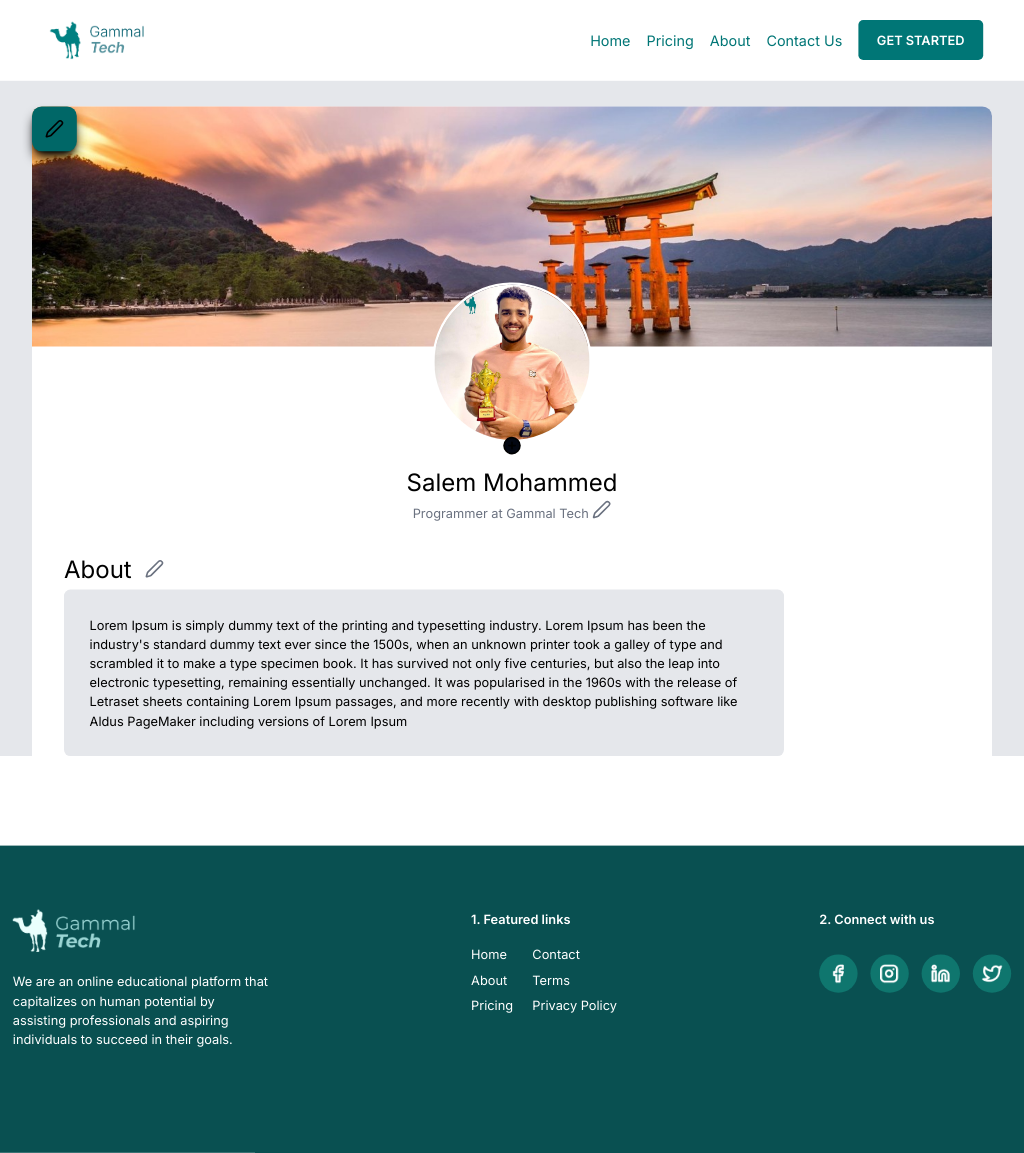
Repository: Ahmed77669/Internship-test
Page: /profile
The author's editor kept a copy of each file at every save. The page is drawn from the files as they stood at one save, then again after the next save.
The browser window is 1280 px wide. The pictures show the whole page, at 80% of full size.
The page's requests for data from a server got no answer. The project was rebuilt for these pictures with package versions that can differ from the ones it lists, and the page was loaded fresh each time. The framework's server and built-in components were replaced by stand-ins that run in the browser. No one was signed in, and anything a server would have sent is missing. Also part of the build but not shown: next.config.mjs, components/Header/NavBarAuth.tsx.

Above is the page before, as saved 2024-10-25 14:38:32.

### app/layout.tsx
import type { Metadata } from "next";
import localFont from "next/font/local";
import "@/app/styles/globals.css";
import NavBarHome from "@/components/Header/Navbar";
import NavBarAuth from "@/components/Header/NavBarAuth";
import { Inter } from "next/font/google";
import Footer from "@/components/Footer/Footer";
import { cookies } from "next/headers";

const inter = Inter({
  subsets: ["latin"],
});
const geistSans = localFont({
  src: "./fonts/GeistVF.woff",
  variable: "--font-geist-sans",
  weight: "100 900",
});
const geistMono = localFont({
  src: "./fonts/GeistMonoVF.woff",
  variable: "--font-geist-mono",
  weight: "100 900",
});

export const metadata: Metadata = {
  title: "Gammal Tech Exam",
  description: "Generated by create next app",
};

export default function RootLayout({
  children,
}: Readonly<{
  children: React.ReactNode;
}>) {
  const cookieStore = cookies();
  const isAuthenticated = cookieStore.get("isAuthenticated")?.value === "true";
  return (
    <html lang="en">
      <body
        className={`${geistSans.variable} ${geistMono.variable} antialiased ${inter.className}`}
      >
        {isAuthenticated ? <NavBarAuth /> : <NavBarHome />}
        {children}
        <Footer />
      </body>
    </html>
  );
}

### app/profile/page.tsx
import React from 'react'
import Profile from '@/components/Profile/Profile'
const profile = () => {
  return (
    <Profile />
  )
}

export default profile

### app/styles/globals.css
@tailwind base;
@tailwind components;
@tailwind utilities;

:root {
  --background: #ffffff;
  /* --foreground: #171717; */
}

@media (prefers-color-scheme: dark) {
  :root {
    /* --background: #0a0a0a; */
    --foreground: #ededed;
  }
}

body {
  color: var(--foreground);
  background: var(--background);
  font-family: Arial, Helvetica, sans-serif;
}

@layer utilities {
  .text-balance {
    text-wrap: balance;
  }
}

### components/Header/Navbar.tsx
"use client";
import React, { useEffect, useState } from "react";
import GT_logo from "@/public/gammalTech-logos/Component 6.png";
import Link from "next/link";
import Image from "next/image";
import { Menu } from "lucide-react";
import { X } from "lucide-react";

export default function NavBarHome() {
  const [isOpen, setIsOpen] = useState(false);

  const toggleMenu = () => {
    setIsOpen((prev) => !prev);
  };

  useEffect(() => {
    const handleResize = () => {
      if (window.innerWidth > 1024) {
        setIsOpen(false);
      }
    };

    window.addEventListener("resize", handleResize);
    return () => {
      window.removeEventListener("resize", handleResize);
    };
  }, []);

  return (
    <div className={`py-5 container mx-auto w-[92%]`}>
      <nav className="relative">
        <ul className="flex justify-between items-center">
          <li className="min-w-[152px]">
            <Link href="/">
              <Image
                src={GT_logo}
                alt="Gammal Tech Logo"
                width={130}
                className="cursor-pointer"
              />
            </Link>
          </li>
          <div className="hidden md:flex space-x-5">
            <Link
              href="/"
              className="text-[#007676] text-[18px] font-normal flex items-center"
            >
              Home
            </Link>
            <Link
              href="/pricing"
              className="text-[#007676] text-[18px] font-normal flex items-center"
            >
              Pricing
            </Link>
            <Link
              href="https://www.gammal.tech/"
              className="text-[#007676] text-[18px] font-normal flex items-center"
            >
              About
            </Link>
            <Link
              href="#"
              className="text-[#007676] text-[18px] font-normal flex items-center"
            >
              Contact Us
            </Link>
            <Link href="/signup">
              <button className="bg-[#007676] text-white rounded-md w-[156px] h-[50px] text-[16px] font-semibold  py-1 px-3 transition-all duration-300 ease-in-out hover:bg-[#005555] hover:shadow-lg">
                GET STARTED
              </button>
            </Link>
          </div>
          <div className="md:hidden flex items-center">
            <button
              onClick={toggleMenu}
              className="text-[#007676] focus:outline-none"
            >
              {isOpen ? (
                <X size={40} color="#007676" strokeWidth={2} />
              ) : (
                <Menu size={40} color="#007676" strokeWidth={2} />
              )}
            </button>
          </div>
        </ul>

        {isOpen && (
          <div className="absolute right-0 mt-2 w-full bg-white shadow-lg rounded-lg z-20 transition-transform transform origin-top-right scale-100">
            <div className="flex flex-col items-center justify-center mx-auto p-4">
              <Link
                href="/"
                className="text-[#007676] text-lg font-semibold hover:bg-[#f0f0f0] transition duration-200 p-3 rounded-lg text-center w-full"
                onClick={() => setIsOpen(false)}
              >
                Home
              </Link>
              <Link
                href="/pricing"
                className="text-[#007676] text-lg font-semibold hover:bg-[#f0f0f0] transition duration-200 p-3 rounded-lg text-center w-full"
                onClick={() => setIsOpen(false)}
              >
                Pricing
              </Link>
              <Link
                href="/about"
                className="text-[#007676] text-lg font-semibold hover:bg-[#f0f0f0] transition duration-200 p-3 rounded-lg text-center w-full"
                onClick={() => setIsOpen(false)}
              >
                About Us
              </Link>

              <button
                className="mt-4 bg-[#007676] text-white text-lg font-semibold py-2 px-6 rounded-lg hover:bg-[#005c5c] transition duration-200"
                onClick={() => setIsOpen(false)}
              >
                GET STARTED
              </button>
            </div>
          </div>
        )}
      </nav>
    </div>
  );
}

### components/Footer/Footer.tsx
import React from "react";
import Image from "next/image";
import footerLogo from "@/public/gammalTech-logos/footer-logo.png";
import Link from "next/link";
import linkdin from "@/public/socialmediaIcons/linkdin.png";
import facebook from "@/public/socialmediaIcons/Facebook.png";
import instagram from "@/public/socialmediaIcons/Instagram.png";
import twitter from "@/public/socialmediaIcons/Twitter.png";

const Footer = () => {
  return (
    <section className="bg-[#095051] py-20 min-h-96 h-auto">
      <div className="container mx-auto px-4 ">
        <div className="flex justify-between flex-wrap ">
          <div className="mb-10">
            <div className="mb-6">
              <Image src={footerLogo} alt="Gammal Tech Logo" width={152} />
            </div>
            <div className="text-white w-80">
              We are an online educational platform that capitalizes on human
              potential by assisting professionals and aspiring individuals to
              succeed in their goals.
            </div>
          </div>

          <div className="text-white flex flex-col mb-10">
  <p className="font-semibold mb-5">1. Featured links</p>
  <div className="flex justify-between">
    {/* First column of links */}
    <div className="flex flex-col space-y-2 mr-6">
      <Link href="/">Home</Link>
      <Link href="https://www.gammal.tech/">About</Link>
      <Link href="/pricing">Pricing</Link>
    </div>

    {/* Second column of links */}
    <div className="flex flex-col space-y-2">
      <Link href="#">Contact</Link>
      <Link href="#">Terms</Link>
      <Link href="#">Privacy Policy</Link>
    </div>
  </div>
</div>


          <div>
            <p className="text-white font-semibold mb-8">2. Connect with us</p>
            <div className="flex space-x-4">
              <Link
                href="https://www.facebook.com/gammal.tech/?locale=ar_AR"
                passHref
                target="_blank"
              >
                <div className="w-12 h-12 bg-teal-700 rounded-full flex items-center justify-center cursor-pointer">
                  <Image src={facebook} alt="Facebook Logo" />
                </div>
              </Link>
              <Link
                href="https://www.instagram.com/gammal.tech/?hl=ar"
                passHref
                target="_blank"
              >
                <div className="w-12 h-12 bg-teal-700 rounded-full flex items-center justify-center cursor-pointer">
                  <Image src={instagram} alt="Instagram Logo" />
                </div>
              </Link>
              <Link
                href="https://www.linkedin.com/company/gammal-tech/"
                passHref
                target="_blank"
              >
                <div className="w-12 h-12 bg-teal-700 rounded-full flex items-center justify-center cursor-pointer">
                  <Image src={linkdin} alt="LinkedIn Logo" />
                </div>
              </Link>
              <Link
                href="https://x.com/gammaltech?lang=ar"
                passHref
                target="_blank"
              >
                <div className="w-12 h-12 bg-teal-700 rounded-full flex items-center justify-center cursor-pointer">
                  <Image src={twitter} alt="Twitter Logo" />
                </div>
              </Link>
            </div>
          </div>
        </div>
      </div>
    </section>
  );
};

export default Footer;

### components/Profile/Profile.tsx
import React from "react";
import Image from "next/image";
import selectedImage from "@/public/coders photos/coder2.jpg";
import popoo from "@/public/popoo.jpg"
import { Pen , PlusCircle} from "lucide-react";

const Profile = () => {
  return (
    <section className="bg-gray-200 mb-28 ">
      <div className="flex justify-center container mx-auto">
        <div className="w-[1200px]  bg-white rounded-t-xl mt-8">
        <div className="w-full h-[300px] mb-5 rounded-t-xl flex" style={{
  backgroundImage: "url('/popoo.jpg')",
  backgroundSize: "cover",
  backgroundPosition: "center",
  backgroundRepeat: "no-repeat",
}}>
  <div className="bg-[#006767] w-14 h-14 shadow-black shadow-lg items-center flex justify-center rounded-xl cursor-pointer">
  <Pen />
</div>
</div>


<div className="flex flex-col items-center -mt-[100px] mb-10">
  <Image
    src={selectedImage}
    alt="Profile Avatar"
    width={200}
    height={200}
    style={{
      width: "200px",
      height: "200px",
      borderRadius: "300px",
      objectFit: "cover",
      border: "3px white solid"
    }}
  />
<PlusCircle className="relative -inset-y-2 fill-gray-950 "/>
  <p className="text-black text-3xl mt-2">Salem Mohammed</p>
  <div className="flex">
  <p className="text-gray-500 text-[16px] mt-2 mr-1">Programmer at Gammal Tech</p>
    <Pen className="text-lg mt-1 text-gray-500 cursor-pointer" />
  </div>
</div>
<div className="flex">
<div className="text-black text-3xl ml-10 mr-4 mb-2">
  About
</div>
<Pen className="text-lg mt-[6px]  text-gray-500 cursor-pointer" />
</div>
<div className="bg-gray-200 p-8 rounded-lg w-3/4 ml-10">
  <p className="text-black">
Lorem Ipsum is simply dummy text of the printing and typesetting industry. Lorem Ipsum has been the industry's standard dummy text ever since the 1500s, when an unknown printer took a galley of type and scrambled it to make a type specimen book. It has survived not only five centuries, but also the leap into electronic typesetting, remaining essentially unchanged. It was popularised in the 1960s with the release of Letraset sheets containing Lorem Ipsum passages, and more recently with desktop publishing software like Aldus PageMaker including versions of Lorem Ipsum
</p>
</div>

        </div>
      </div>
    </section>
  );
};

export default Profile;

### tailwind.config.js
/** @type {import('tailwindcss').Config} */
module.exports = {
  content: [
    './components/**/*.{js,ts,jsx,tsx}',
    './app/**/*.{js,ts,jsx,tsx}',
    './middleware.ts'
  ],
  theme: {
    extend: {},
  },
  plugins: [],
}

After the next save:
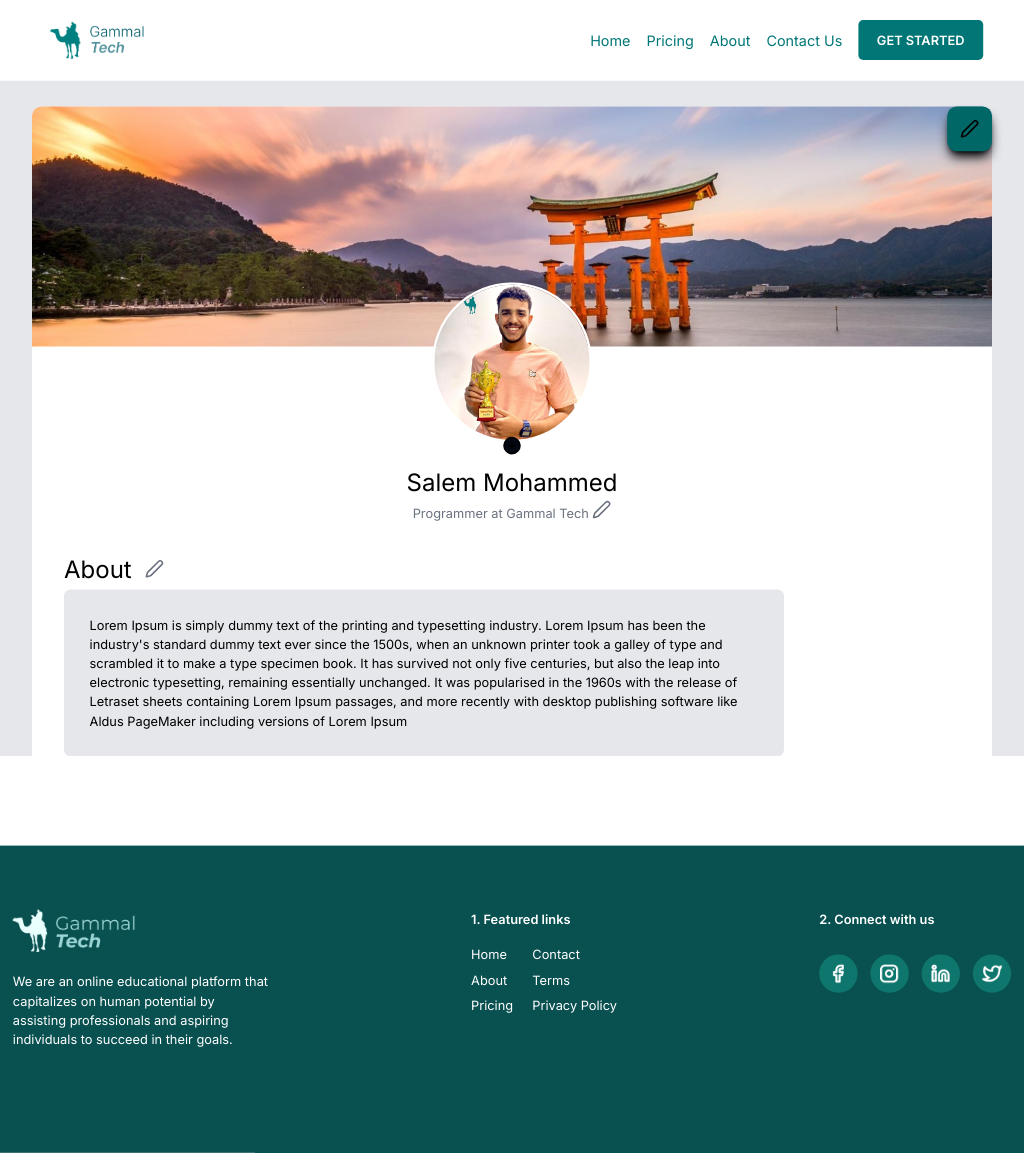
Saved 11 s later.
--- a/components/Profile/Profile.tsx
+++ b/components/Profile/Profile.tsx
@@ -9,7 +9,7 @@ const Profile = () => {
     <section className="bg-gray-200 mb-28 ">
       <div className="flex justify-center container mx-auto">
         <div className="w-[1200px]  bg-white rounded-t-xl mt-8">
-        <div className="w-full h-[300px] mb-5 rounded-t-xl flex" style={{
+        <div className="w-full h-[300px] mb-5 rounded-t-xl flex justify-end" style={{
   backgroundImage: "url('/popoo.jpg')",
   backgroundSize: "cover",
   backgroundPosition: "center",
